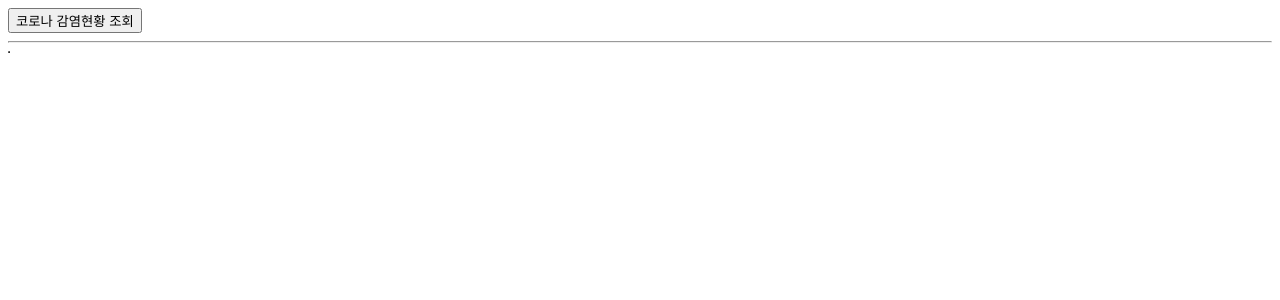
Repository: jeehui/JSPStudy
Page: http://localhost/OPENAPI_PRAC/covid/covid.jsp
These files come from the project's save history. The page is drawn as it stood at one moment and after the next save; the edit follows.
The browser window is 1280 px wide. The pictures show the whole page.
The page is served by Tomcat 9.

Above is the page before, as saved 2022-05-04 04:03:21.
Console error: ReferenceError: fnCovid19InfStateJson is not defined

After the next save:
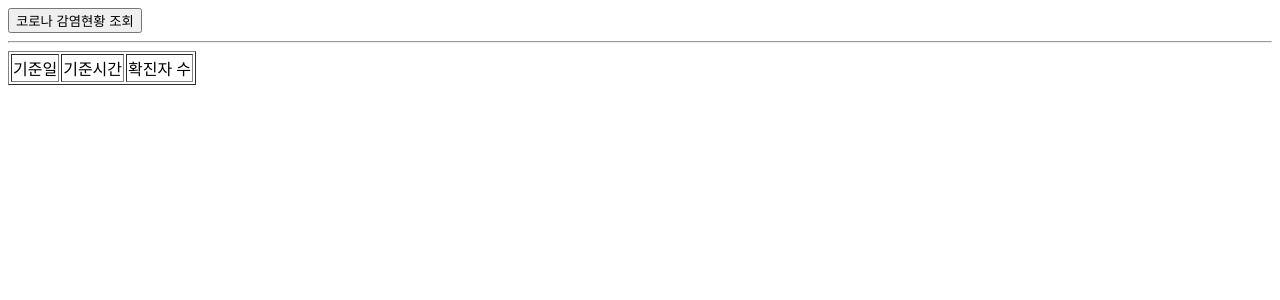
Saved 93 s later.
--- a/OPENAPI_PRAC/src/main/webapp/covid/covid.jsp
+++ b/OPENAPI_PRAC/src/main/webapp/covid/covid.jsp
@@ -22,7 +22,11 @@
 
 	<table border="1">
 		<thead>
-
+			<tr>
+				<td>기준일</td>
+				<td>기준시간</td>
+				<td>확진자 수</td>
+			</tr>
 		</thead>
 	</table>
 </body>
